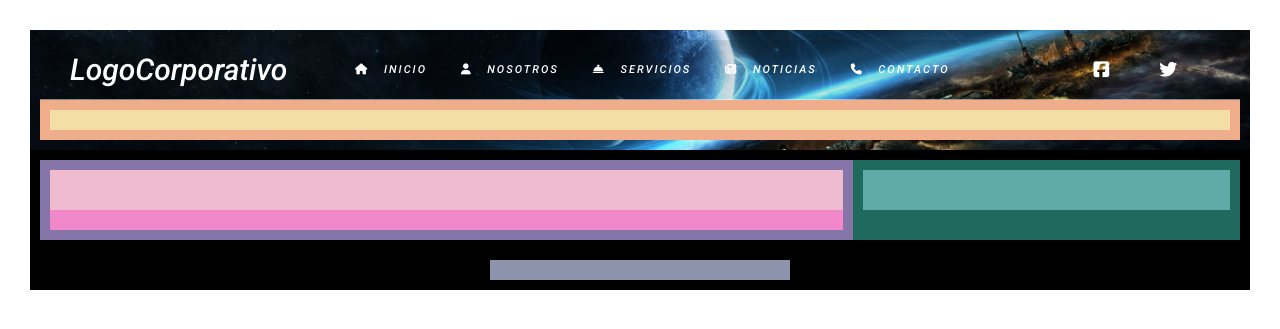
Repository: Aldo-DT/landingGree
Page: 2 CSS/pagina.html
The author's editor kept a copy of each file at every save. The page is drawn from the files as they stood at one save, then again after the next save.
The browser window is 1280 px wide. The pictures show the whole page.
Some web libraries are served in a nearby version.

Above is the page before, as saved 2020-09-16 19:19:29.

After the next save:
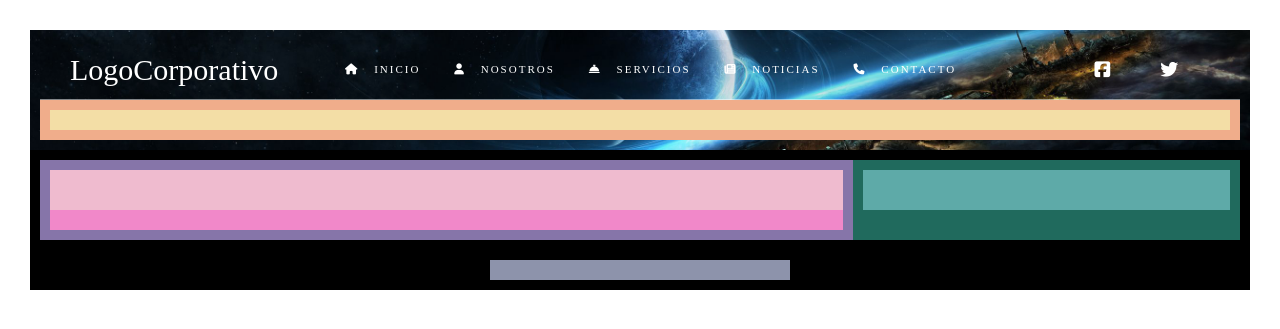
Saved 13 s later.
--- a/2 CSS/css/pagina.css
+++ b/2 CSS/css/pagina.css
@@ -5,7 +5,7 @@
 }
 
 body {
-    font-family: 'Roboto', sans-serif;
+    /* font-family: 'Roboto', sans-serif; */
 }
 
 a {

After the save that followed:
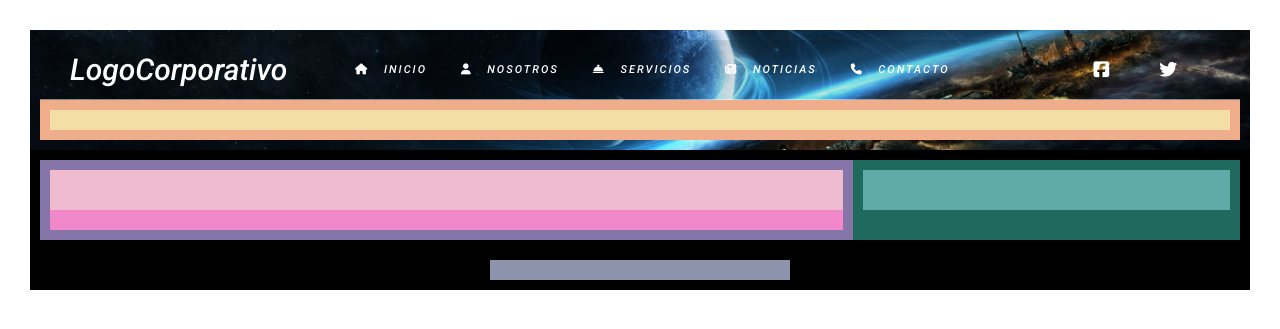
Saved 19 s later.
--- a/2 CSS/css/pagina.css
+++ b/2 CSS/css/pagina.css
@@ -5,7 +5,7 @@
 }
 
 body {
-    /* font-family: 'Roboto', sans-serif; */
+    font-family: 'Roboto';
 }
 
 a {
